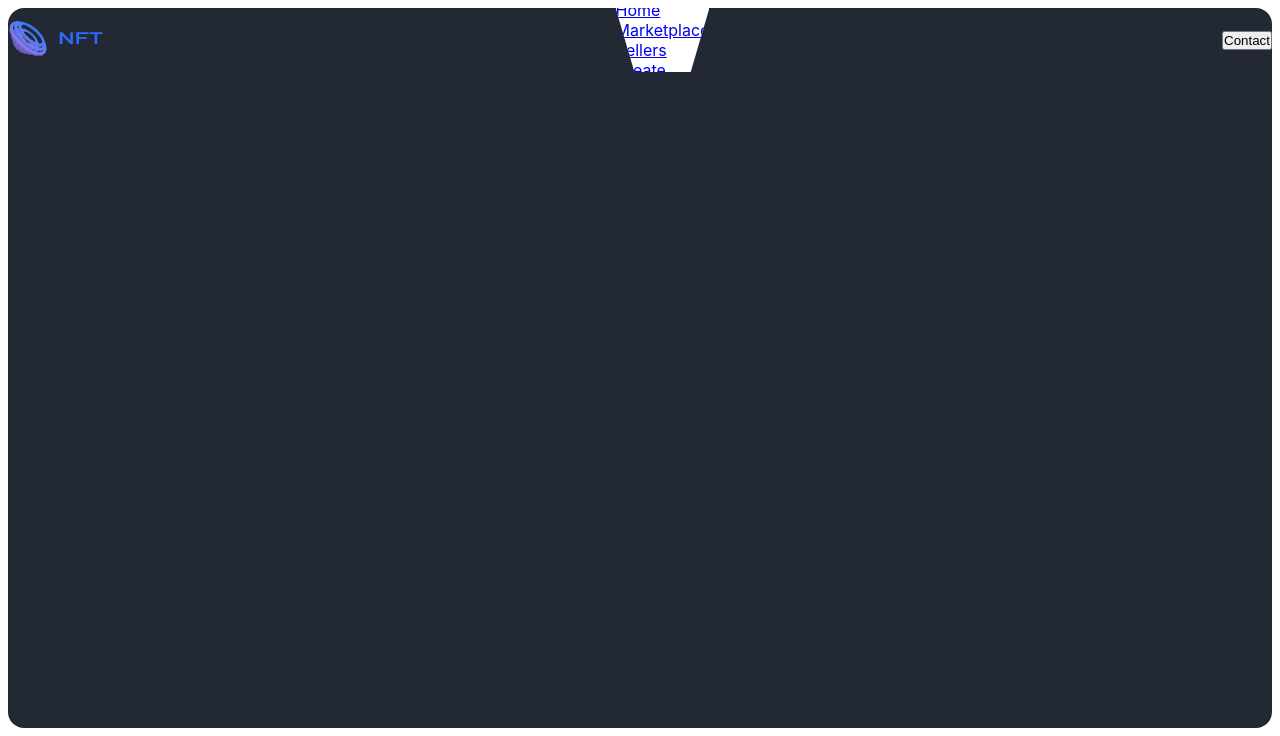
Repository: Ellisvelandia/NFT
Page: /
The author's editor kept a copy of each file at every save. The page is drawn from the files as they stood at one save, then again after the next save.
The browser window is 1280 px wide. The pictures show the whole page.
The project was rebuilt for these pictures with package versions that can differ from the ones it lists, and the page was loaded fresh each time.

Above is the page before, as saved 2022-08-21 04:08:35.

After the next save:
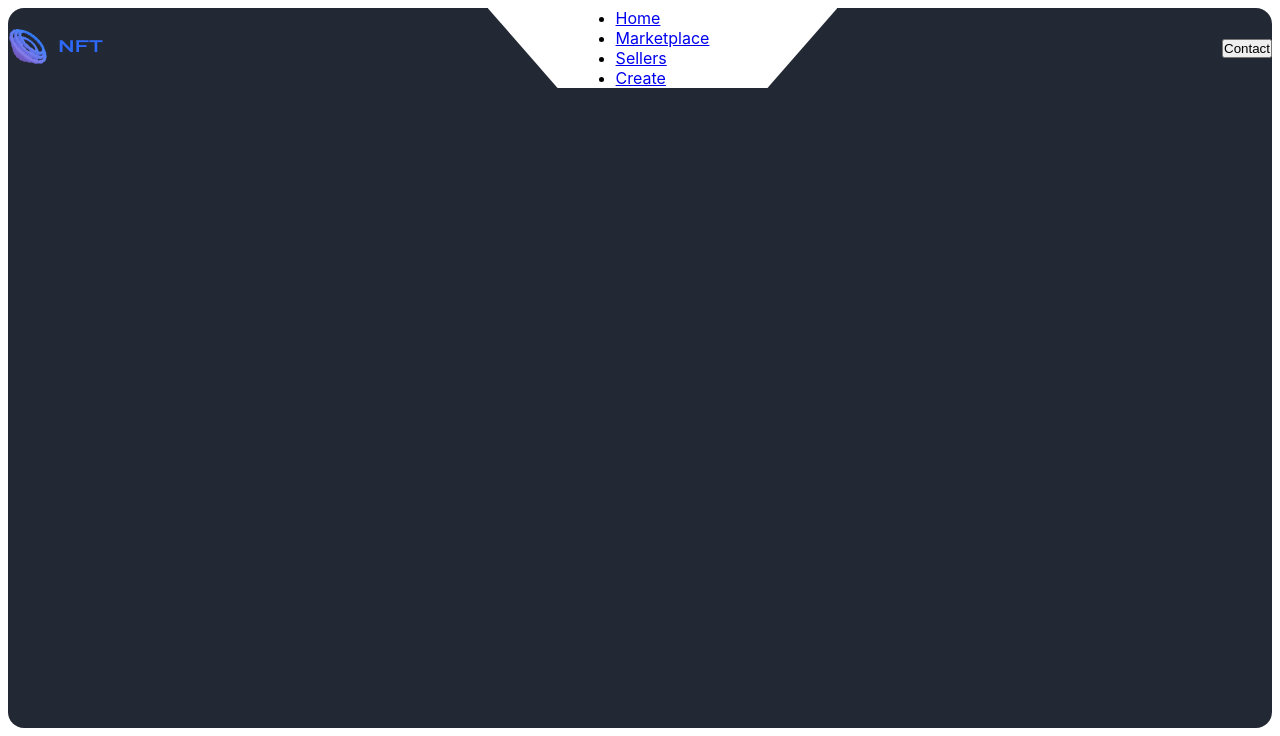
Saved 9 s later.
--- a/src/components/Navbar.jsx
+++ b/src/components/Navbar.jsx
@@ -46,6 +46,6 @@
     align-items: center;
     background-color: white;
     clip-path: polygon(0 0, 100% 0, 80% 100%, 20% 100%);
-
+    padding: 2.5rem 8rem;
   }
 `;
